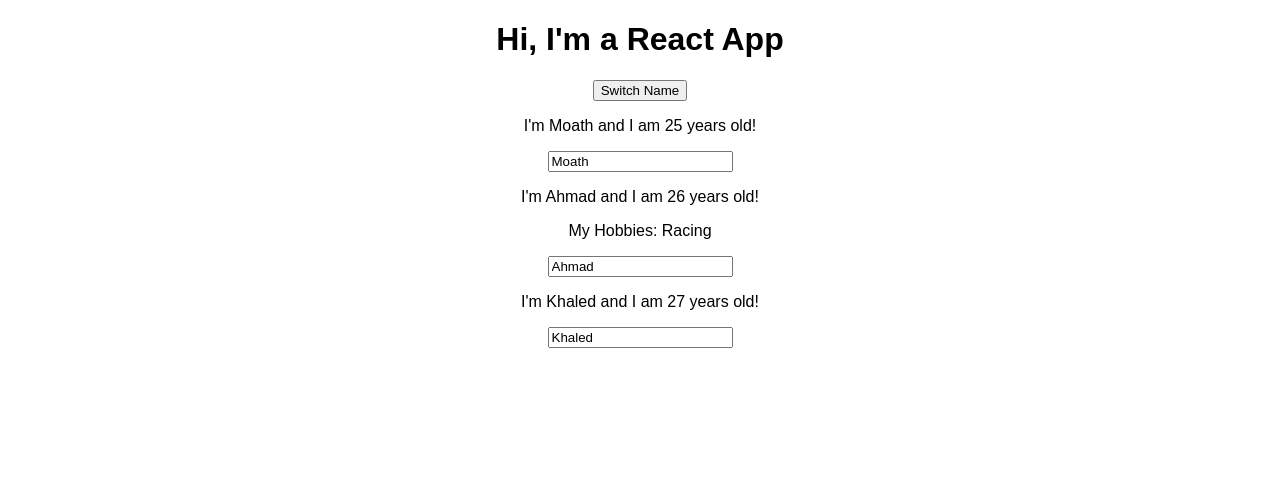
Repository: MuathYHKefayah/React-Basics
Page: /
These files come from the project's save history. The page is drawn as it stood at one moment and after the next save; the edit follows.
The browser window is 1280 px wide. The pictures show the whole page.
The project was rebuilt for these pictures with package versions that can differ from the ones it lists, and the page was loaded fresh each time.

Above is the page before, as saved 2020-12-10 15:50:40.

After the next save:
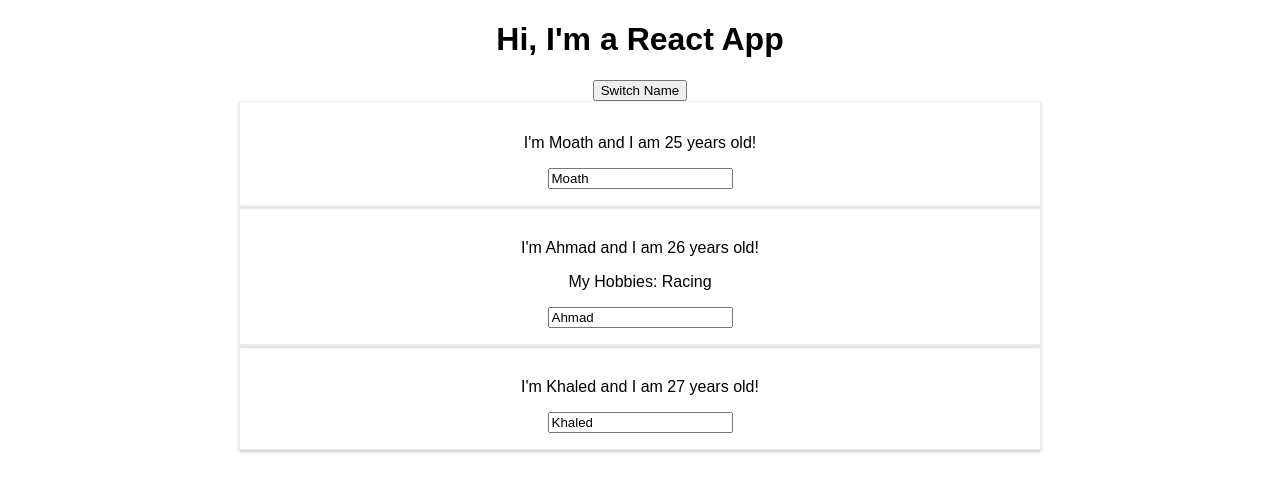
Saved 64 s later.
--- a/src/Person/Person.js
+++ b/src/Person/Person.js
@@ -1,5 +1,5 @@
 import React from 'react';
-
+import './Person.css';
 const person = (props) => {
     return (
         <div className="Person">
